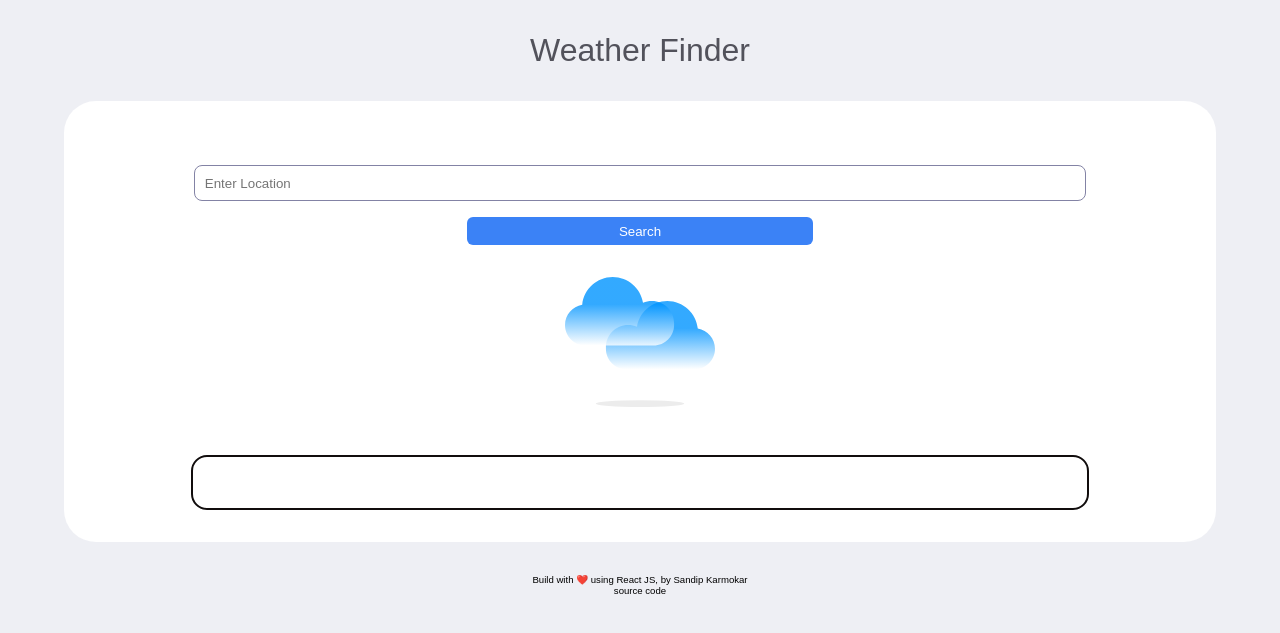
Repository: sandipkarmokar/weather-app
Page: /
These files come from the project's save history. The page is drawn as it stood at one moment and after a run of saves; the edit follows.
The browser window is 1280 px wide. The pictures show the whole page.
The project was rebuilt for these pictures with package versions that can differ from the ones it lists, and the page was loaded fresh each time.

Above is the page before, as saved 2022-04-12 17:55:42.

After the next 2 saves:
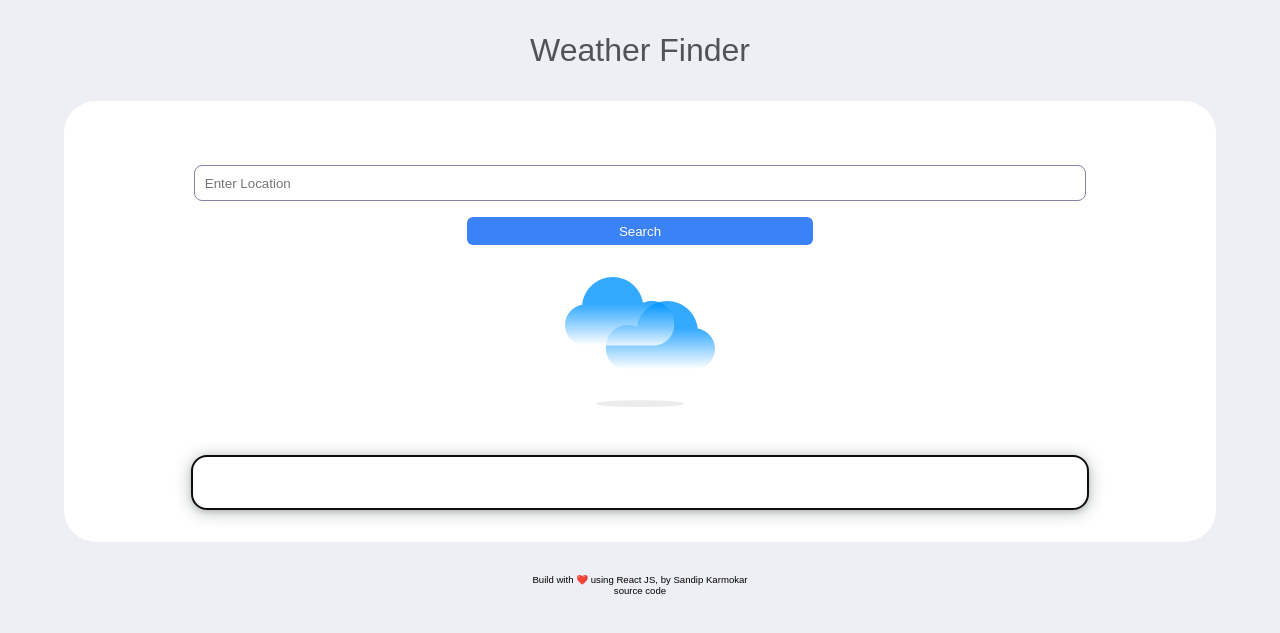
The 2 saves are shown as one change because they came seconds apart.
The last was saved 68 s later.
--- a/src/App.css
+++ b/src/App.css
@@ -85,6 +85,10 @@
     font-size: 1.4rem;
     color: #52525b;
 }
+.app .app-container .weather-info-show {
+    box-shadow: rgba(14, 30, 37, 0.12) 0px 2px 4px 0px,
+        rgba(14, 30, 37, 0.32) 0px 2px 16px 0px;
+}
 
 .app .app-container .weather-info-show hr {
     width: 50%;

After the save that followed:
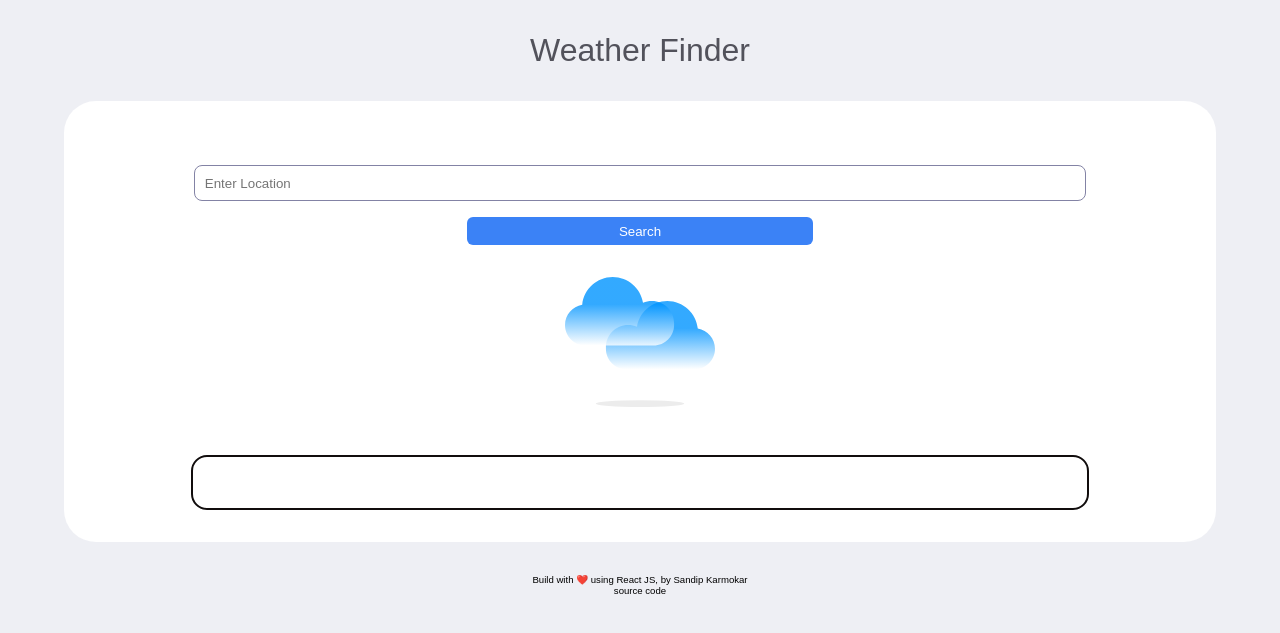
Saved 29 s later.
--- a/src/App.css
+++ b/src/App.css
@@ -85,10 +85,6 @@
     font-size: 1.4rem;
     color: #52525b;
 }
-.app .app-container .weather-info-show {
-    box-shadow: rgba(14, 30, 37, 0.12) 0px 2px 4px 0px,
-        rgba(14, 30, 37, 0.32) 0px 2px 16px 0px;
-}
 
 .app .app-container .weather-info-show hr {
     width: 50%;
